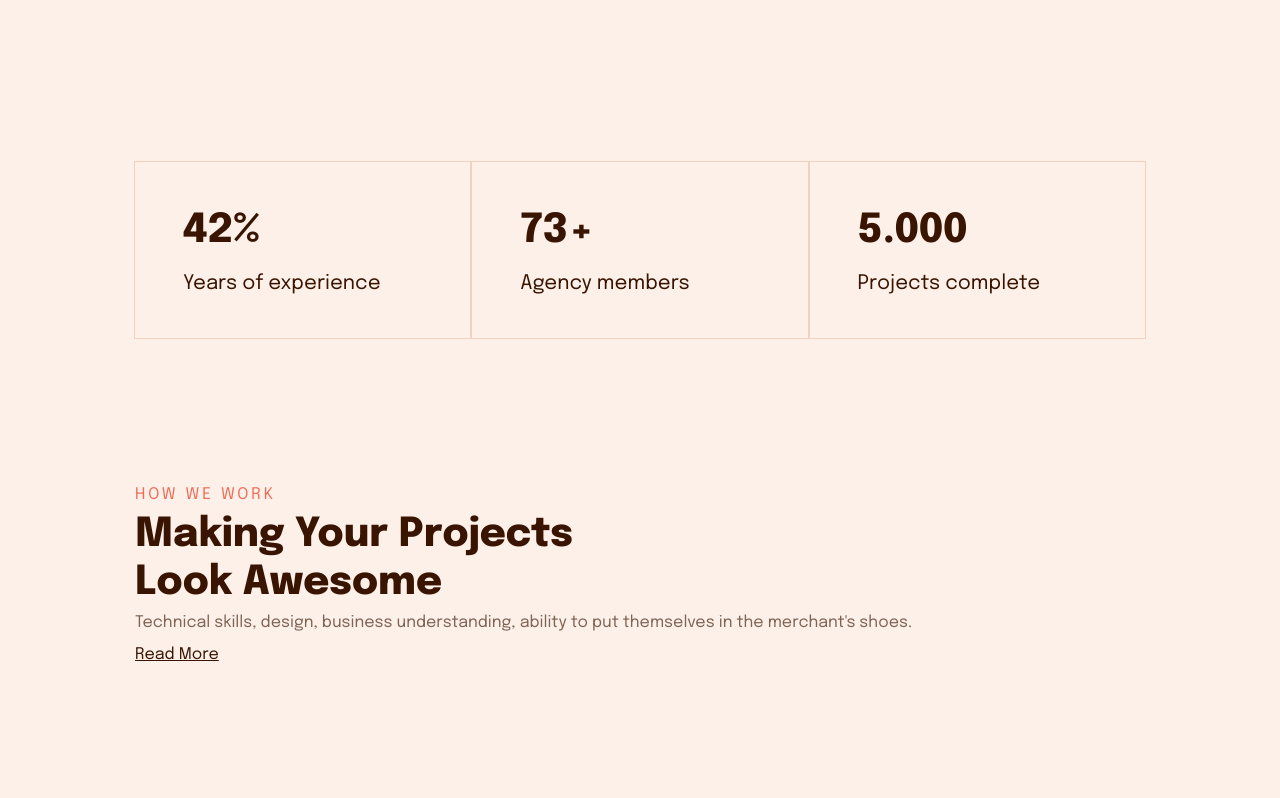
Repository: MehdiKerimov/Figma-task-7
Page: index.html
An editor plug-in stored every save of this project. The page is shown before and after the next save, followed by the edit.
The browser window is 1280 px wide. The pictures show the whole page.

Above is the page before, as saved 2023-08-30 12:12:42.

After the next save:
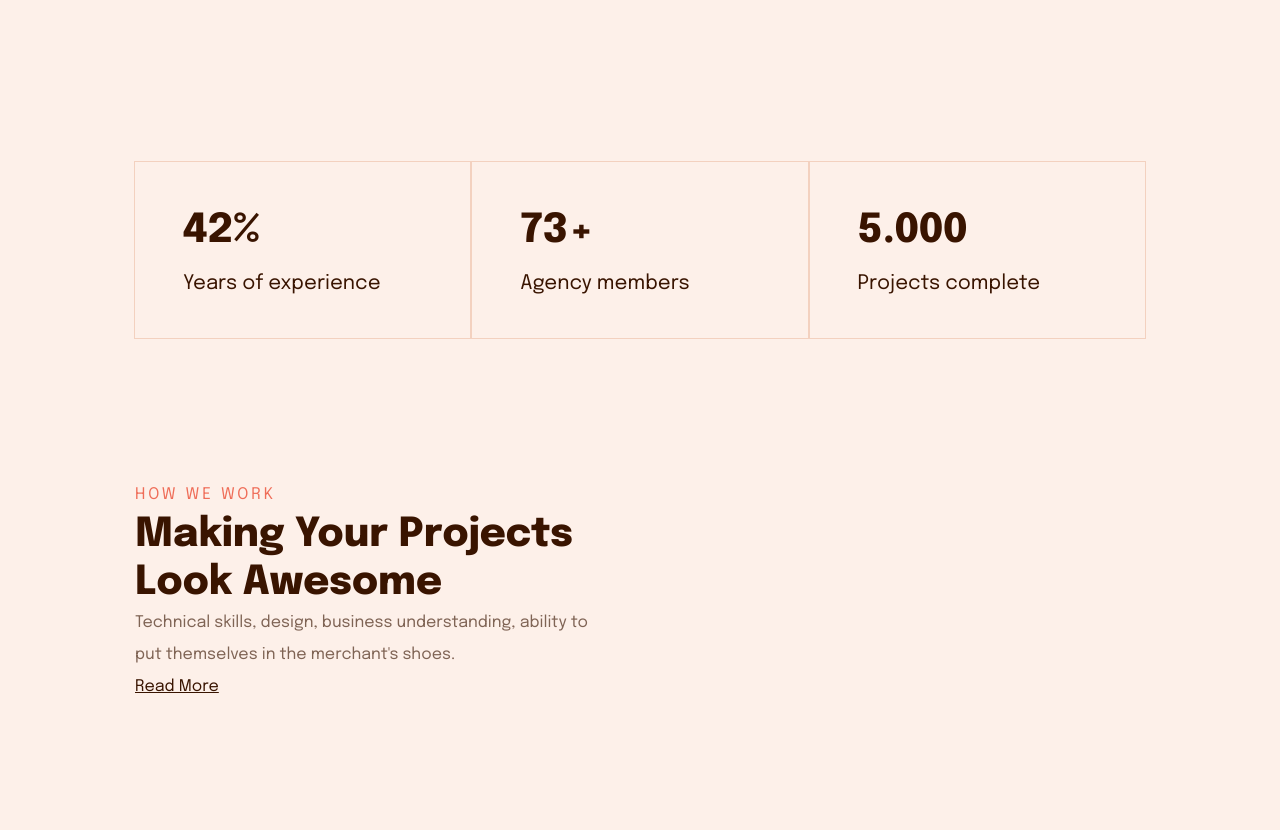
Saved 16 s later.
--- a/index.css
+++ b/index.css
@@ -87,6 +87,7 @@
   line-height: 48px;
 }
 .container-2 .text-container p {
+    width: 470px;
   color: var(--text-dark-gray, rgba(57, 20, 0, 0.64));
   font-feature-settings: "clig" off, "liga" off;
   font-family: Epilogue;
